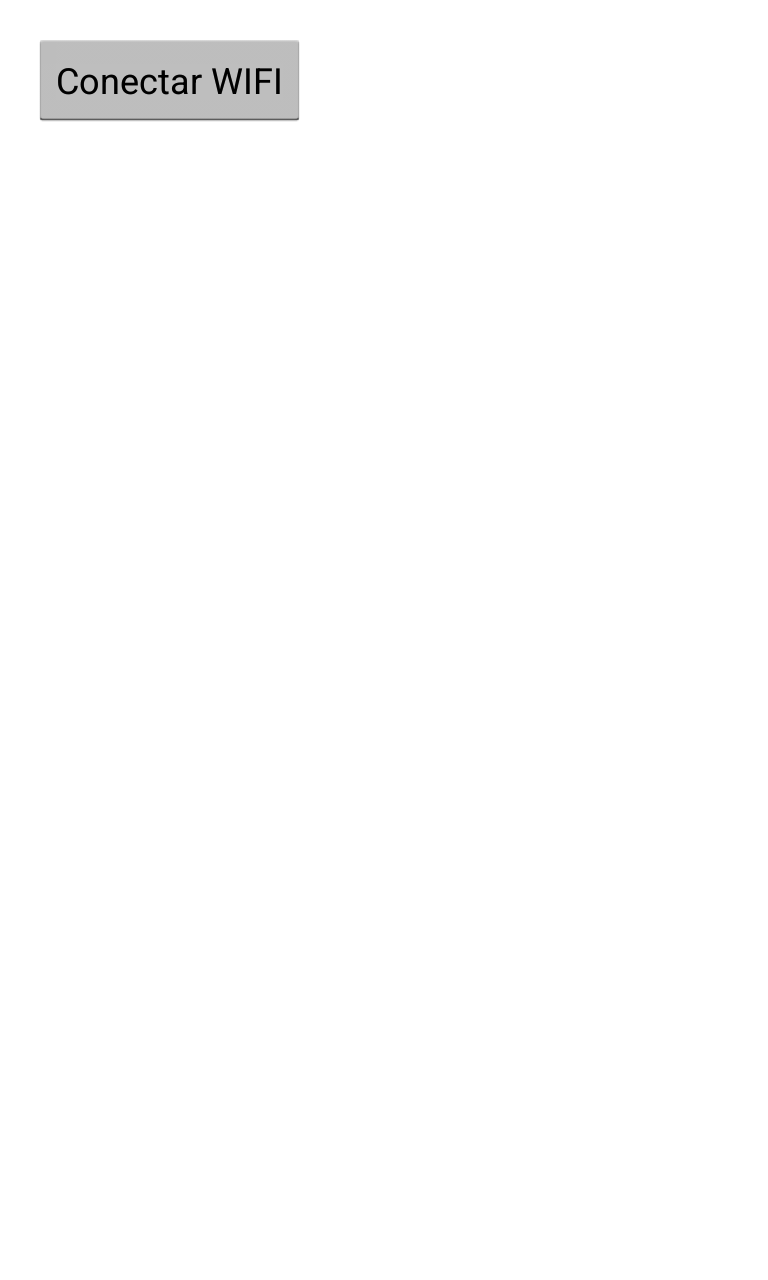
Repository: G3rcar/Android-II
Layout: Clase34WifiConfiguration/res/layout/activity_main.xml
An editor plug-in stored every save of this project. The layout is shown before and after the next save, followed by the edit.
It is drawn on a 768 x 1280 px phone screen (xhdpi) without system bars, with theme AppTheme; the app's code is not run.

Above is the layout before, as saved 2013-12-12 13:34:59.

### Clase34WifiConfiguration/res/layout/activity_main.xml
<RelativeLayout xmlns:android="http://schemas.android.com/apk/res/android"
    xmlns:tools="http://schemas.android.com/tools"
    android:layout_width="match_parent"
    android:layout_height="match_parent"
    android:paddingBottom="@dimen/activity_vertical_margin"
    android:paddingLeft="@dimen/activity_horizontal_margin"
    android:paddingRight="@dimen/activity_horizontal_margin"
    android:paddingTop="@dimen/activity_vertical_margin"
    tools:context=".MainActivity" >

    <Button
        android:id="@+id/btnConnect"
        android:layout_width="wrap_content"
        android:layout_height="wrap_content"
        android:onClick="connect"
        android:text="@string/btnconnect" />

    <Button
        android:id="@+id/btnConnectW"
        android:layout_width="wrap_content"
        android:layout_height="wrap_content"
        android:onClick="connectWep"
        android:text="@string/btnconnect" />

</RelativeLayout>

### Clase34WifiConfiguration/res/values/strings.xml
<?xml version="1.0" encoding="utf-8"?>
<resources>

    <string name="app_name">Clase34 Wifi Configuration</string>
    <string name="action_settings">Settings</string>
    <string name="hello_world">Hello world!</string>
    <string name="btnconnect">Conectar WIFI</string>
    <string name="btnconnectwep">Conectar Wifi Wep</string>

</resources>

Loaded but not shown: Clase34WifiConfiguration/res/values/styles.xml (common file); Clase34WifiConfiguration/res/values-v11/styles.xml (common file); Clase34WifiConfiguration/res/values-v14/styles.xml (common file); Clase34WifiConfiguration/res/values/dimens.xml (common file)

After the next save:
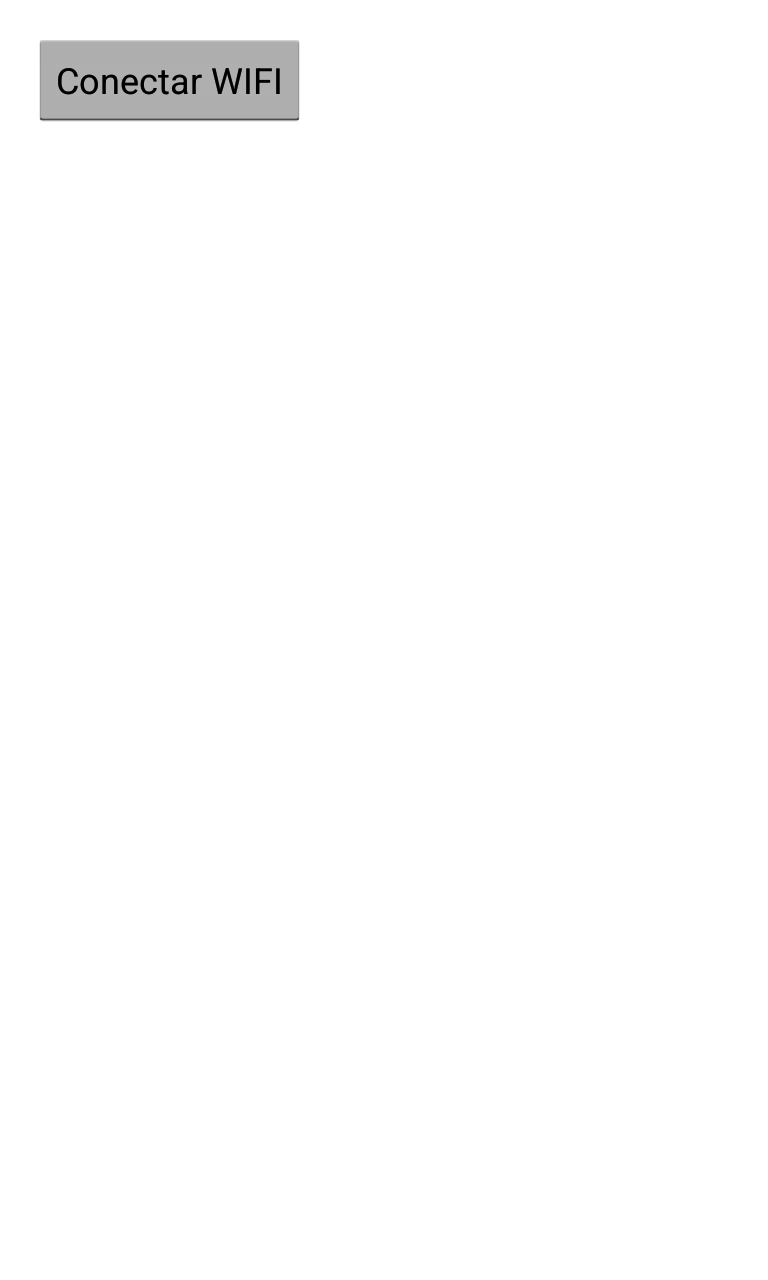
Saved 21 s later.
--- a/Clase34WifiConfiguration/res/layout/activity_main.xml
+++ b/Clase34WifiConfiguration/res/layout/activity_main.xml
@@ -9,14 +9,21 @@
     tools:context=".MainActivity" >
 
     <Button
-        android:id="@+id/btnConnect"
+        android:id="@+id/btnConnectOpen"
         android:layout_width="wrap_content"
         android:layout_height="wrap_content"
         android:onClick="connect"
         android:text="@string/btnconnect" />
 
     <Button
-        android:id="@+id/btnConnectW"
+        android:id="@+id/btnConnectWep"
+        android:layout_width="wrap_content"
+        android:layout_height="wrap_content"
+        android:onClick="connectWep"
+        android:text="@string/btnconnect" />
+
+    <Button
+        android:id="@+id/btnConnectWpa"
         android:layout_width="wrap_content"
         android:layout_height="wrap_content"
         android:onClick="connectWep"
